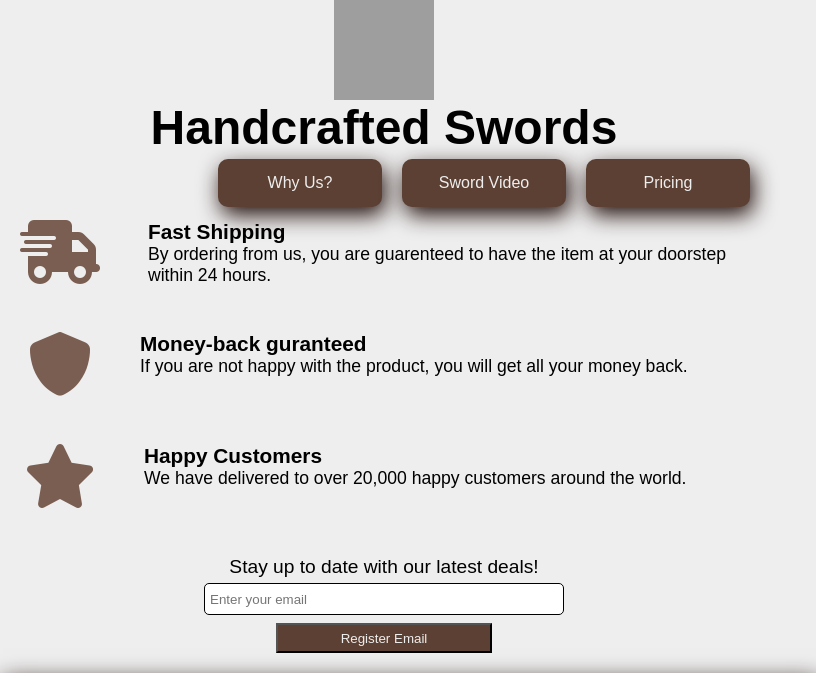
Repository: Pafestivo/Product-Landing-Page
Page: index.html
The author's editor kept a copy of each file at every save. The page is drawn from the files as they stood at one save, then again after the next save.
The browser window is 768 px wide. The page is 816 px wide, so the pictures cover 816 px, including what lies to the right of the window. The pictures show the part of the page from y = 0 to 673 px (the page is 1143 px tall).
Pictures or frames that could not be fetched are drawn as grey boxes. Some web libraries are served in a nearby version.

Above is the page before, as saved 2022-09-15 20:38:16.

After the next save:
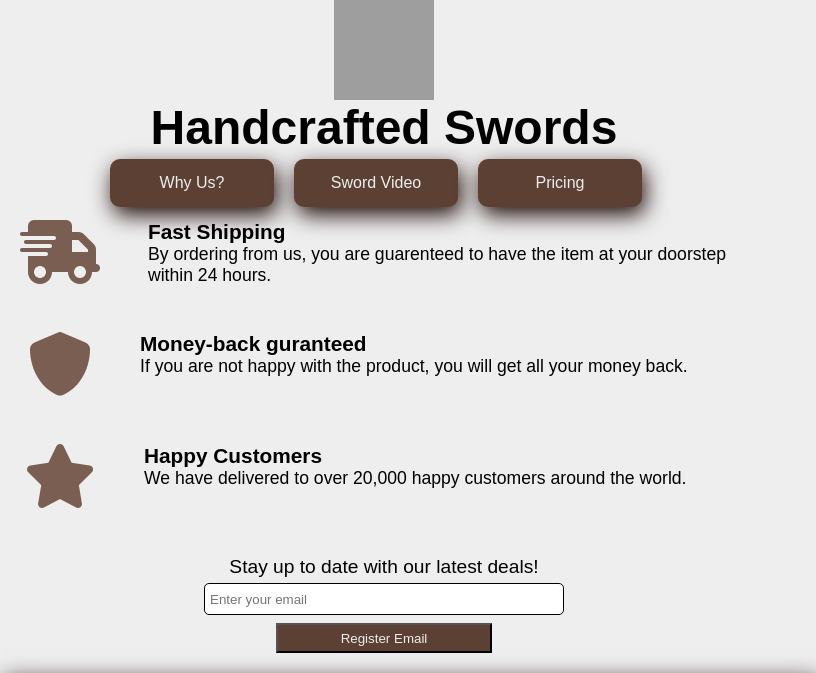
Saved 38 s later.
--- a/styles.css
+++ b/styles.css
@@ -58,6 +58,10 @@
   header {
     grid-template-columns: 1fr;
     place-items: center;
+  }
+
+  #nav-bar {
+    justify-self: center;
   }
 }
 /* End of header */
